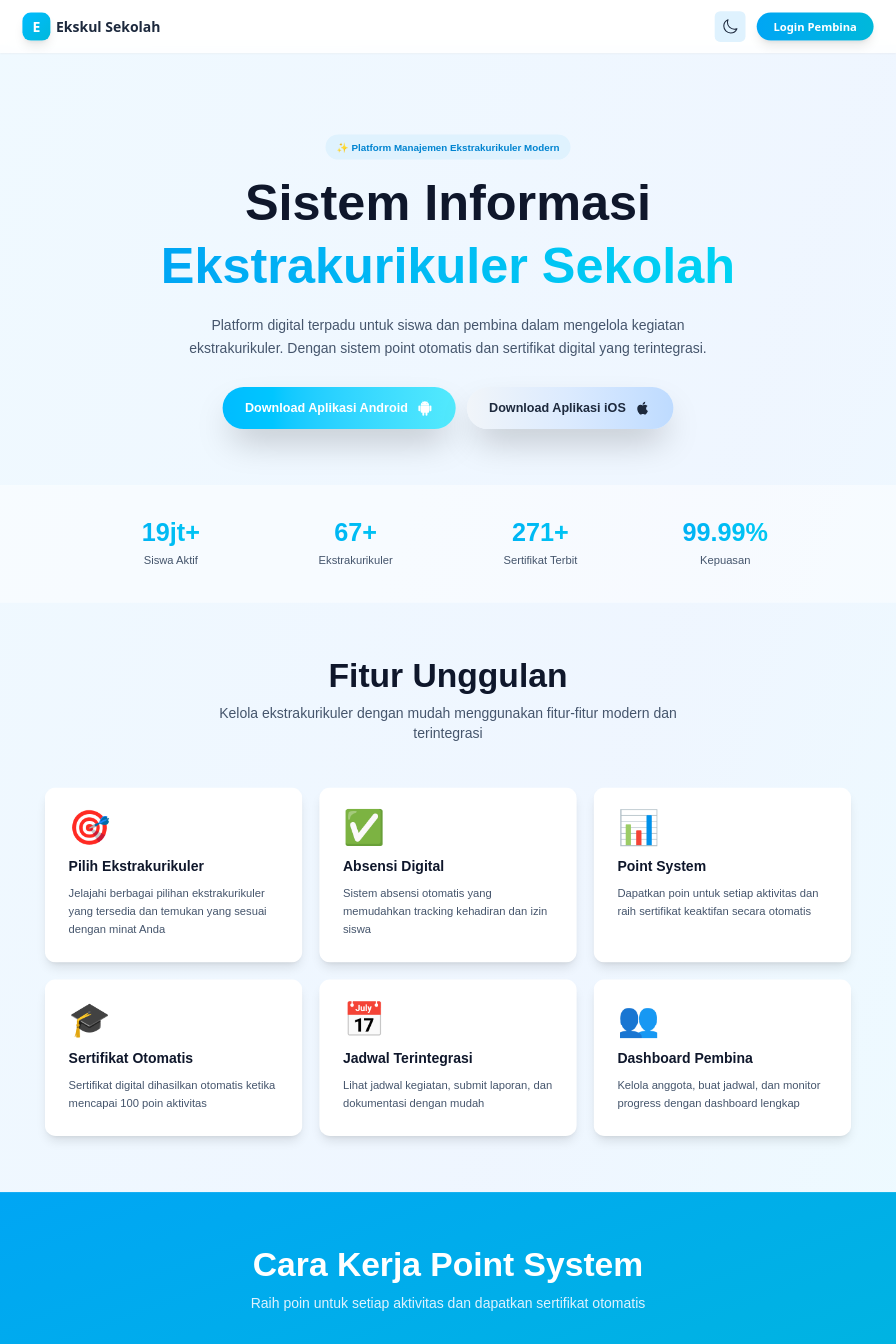
Repository: abayDahln/EkstrakurikulerSekolah
Page: / (app in frontend/website/)
The author's editor kept a copy of each file at every save. The page is drawn from the files as they stood at one save, then again after a run of saves.
The browser window is 1280 px wide. The pictures show the part of the page from y = 0 to 1920 px (the page is 3604 px tall before and 720 px after), at 70% of full size.
The project was rebuilt for these pictures with package versions that can differ from the ones it lists, and the page was loaded fresh each time. Also part of the build but not shown: frontend/website/vite.config.js, frontend/website/src/pages/Login.jsx, frontend/website/src/components/Sidebar.jsx, frontend/website/src/components/Calendar.jsx, frontend/website/src/pages/Home.jsx, frontend/website/src/pages/Ekstrakurikuler.jsx, frontend/website/src/pages/EkstrakurikulerDetail.jsx, frontend/website/src/pages/MyProfile.jsx and 1 more.

Above is the page before, as saved 2025-11-17 18:11:12.

After the next 3 saves:
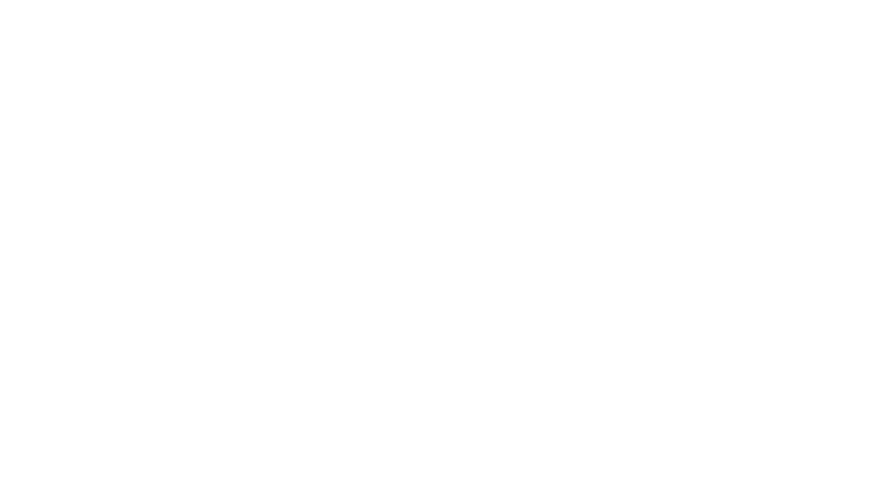
Console error: ReferenceError: children is not defined
The 3 saves are shown as one change because they came seconds apart.
The last was saved 7 s later.
--- a/frontend/website/src/App.jsx
+++ b/frontend/website/src/App.jsx
@@ -197,7 +197,7 @@
 												className="transition-all duration-300"
 												style={{ marginLeft: "280px" }}
 											>
-
+												{children}
 											</div>
 										</div>
 										<Home darkMode={darkMode} onLogout={handleLogout} />

After the 2 saves that followed:
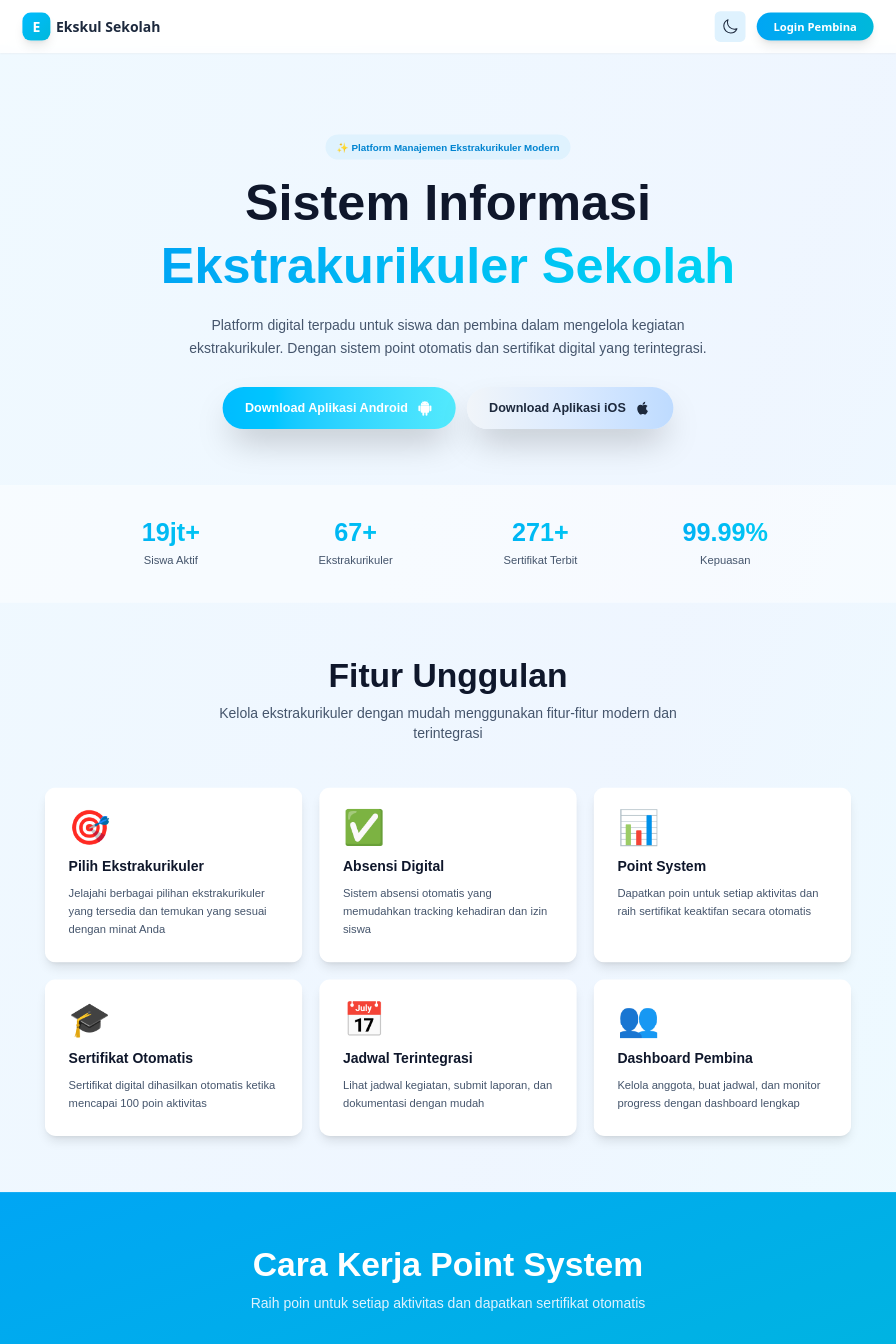
The error is gone.
The 2 saves are shown as one change because they came seconds apart.
The last was saved 6 s later.
--- a/frontend/website/src/App.jsx
+++ b/frontend/website/src/App.jsx
@@ -180,26 +180,6 @@
 								path="/home"
 								element={
 									<ProtectedRoute>
-										<div
-											className={`min-h-screen transition-colors duration-300 ${
-												darkMode
-													? "bg-slate-900"
-													: "bg-gradient-to-br from-slate-50 via-slate-100 to-slate-50"
-											}`}
-											style={{ fontFamily: "'Plus Jakarta Sans', sans-serif" }}
-										>
-											<Sidebar
-												darkMode={darkMode}
-												initialMenu={1}
-											/>
-
-											<div
-												className="transition-all duration-300"
-												style={{ marginLeft: "280px" }}
-											>
-												{children}
-											</div>
-										</div>
 										<Home darkMode={darkMode} onLogout={handleLogout} />
 									</ProtectedRoute>
 								}
